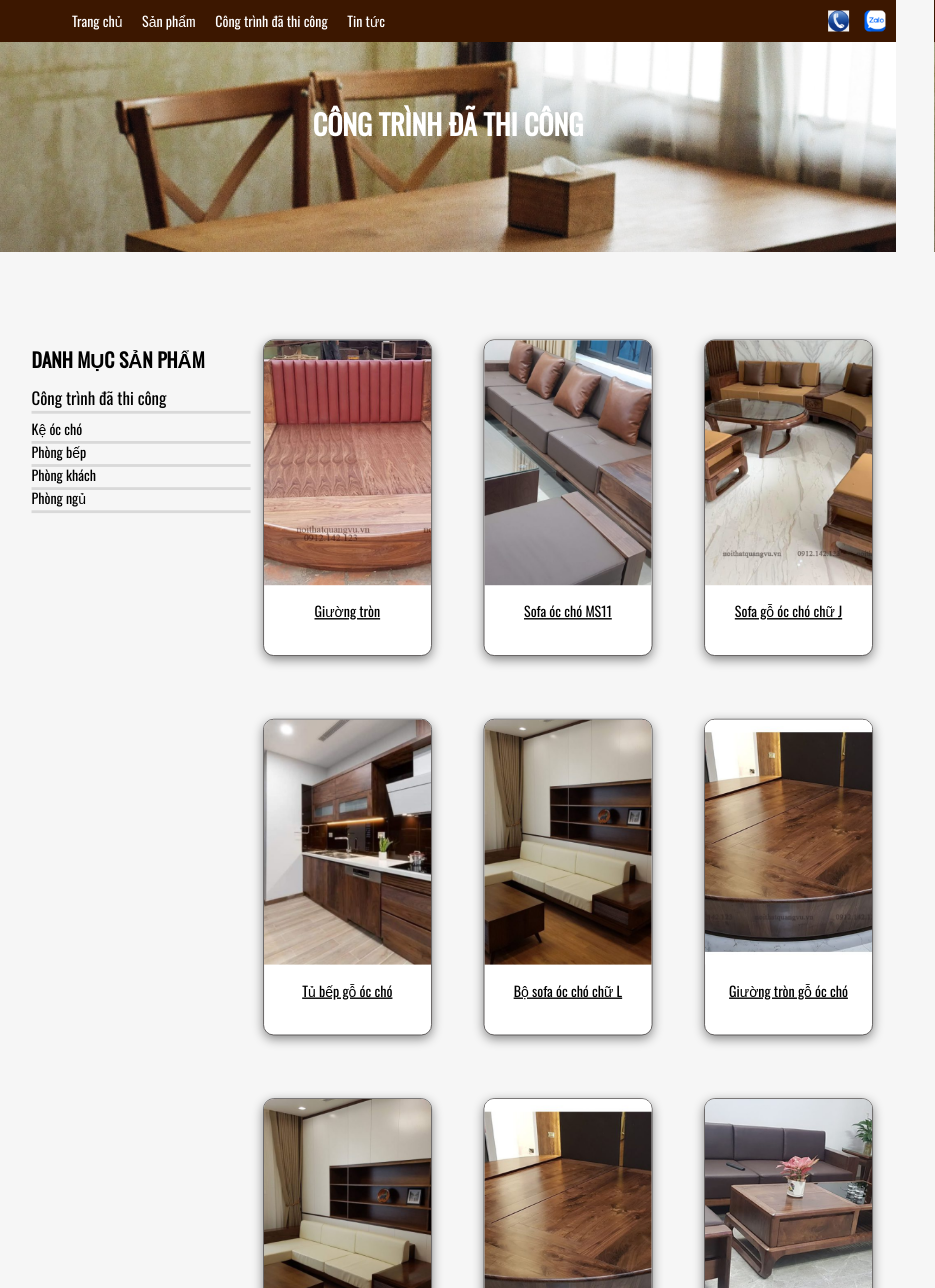
Repository: KHANHD192/FigmaTo-HTML
Page: APP-SHOP/ctdtc.html
The author's editor kept a copy of each file at every save. The page is drawn from the files as they stood at one save, then again after the next save.
The browser window is 1280 px wide. The page is 1335 px wide, so the pictures cover 1335 px, including what lies to the right of the window. The pictures show the part of the page from y = 0 to 1840 px (the page is 3283 px tall), at 70% of full size.

Above is the page before, as saved 2022-11-22 15:56:17.

After the next save:
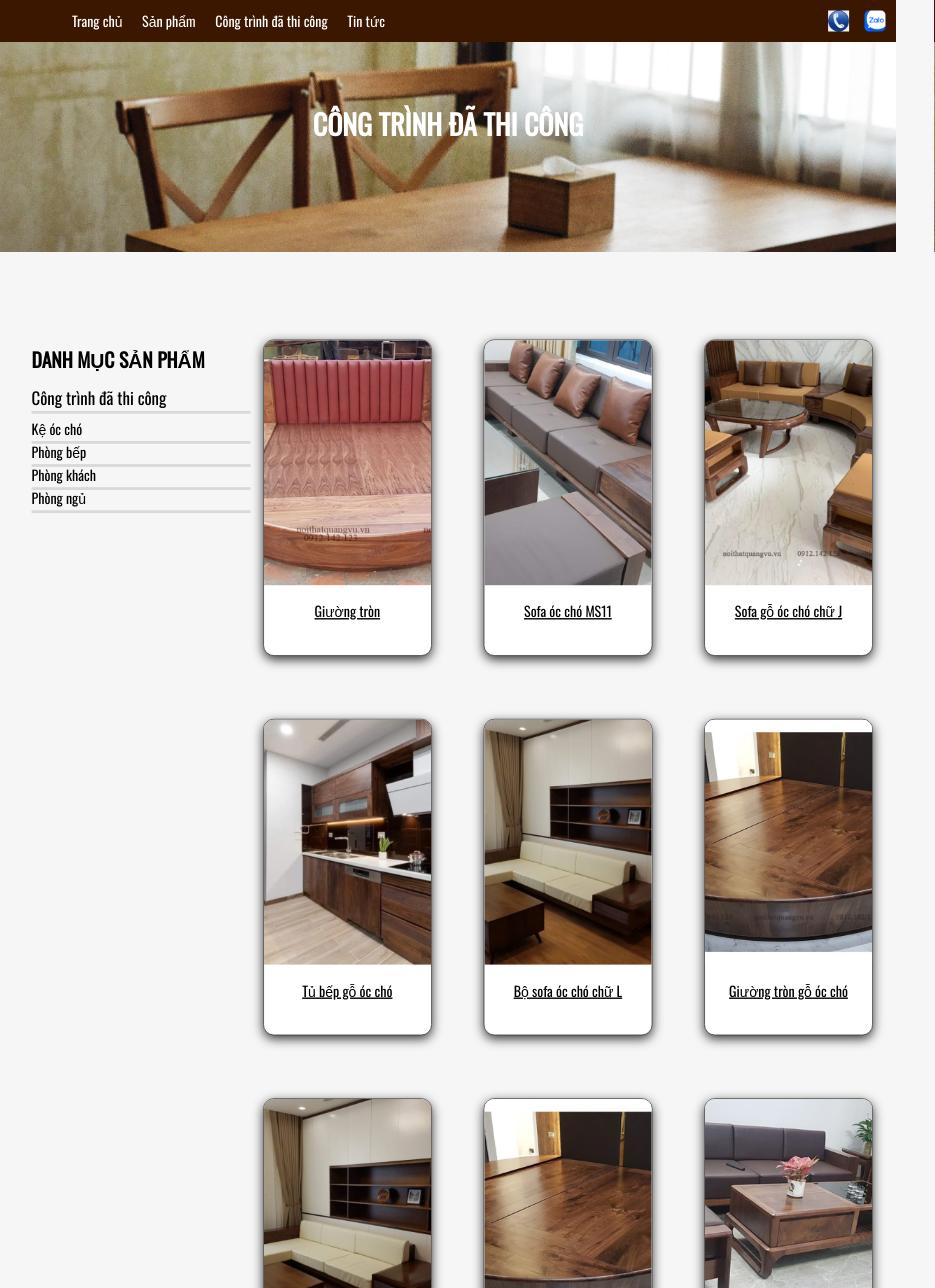
Saved 63 s later.
--- a/APP-SHOP/asset/Css_main/main.css
+++ b/APP-SHOP/asset/Css_main/main.css
@@ -40,7 +40,7 @@
     background-color: #ffffff;
     overflow:hidden;
     border-radius: 15px;
-    box-shadow: rgba(0, 0, 0, 0.468) 0px 5px 15px;
+    box-shadow: #333 0px 5px 15px;
 }
 .list__item li:last-child{
     margin-right: 0;
